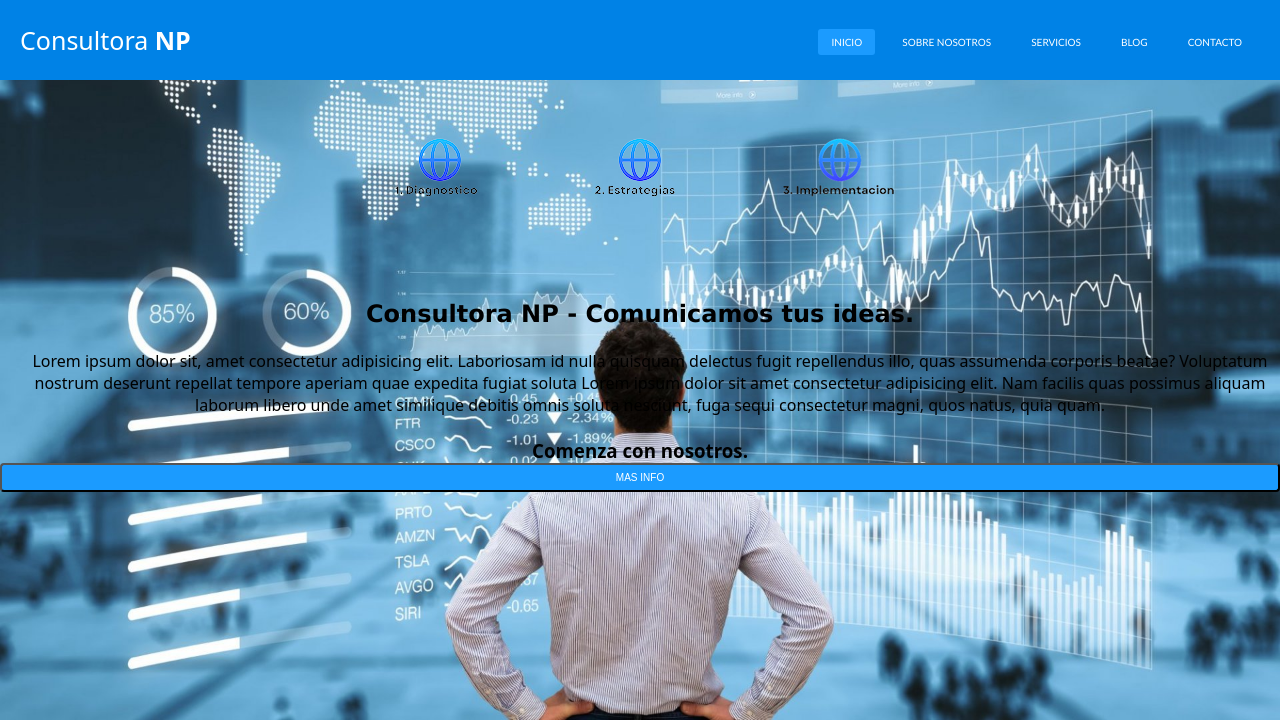
Repository: Batu120/pre-entrega2
Page: index.html
The author's editor kept a copy of each file at every save. The page is drawn from the files as they stood at one save, then again after the next save.
The browser window is 1280 px wide. The pictures show the whole page.

Above is the page before, as saved 2022-10-31 18:08:09.

### index.html
<!DOCTYPE html>
<html lang="en" dir="ltr">
<head>
    <meta charset="UTF-8">
    <meta http-equiv="X-UA-Compatible" content="IE=edge">
    <meta name="viewport" content="width=device-width, initial-scale=1.0">
    <title>2da Pre Entrega</title>
    <link rel="stylesheet" href="https://cdnjs.cloudflare.com/ajax/libs/font-awesome/4.7.0/css/font-awesome.min.css">
    <!-- CSS -->
    <link rel="stylesheet" href="CSS/style.css">

</head>
<body>
    <nav>
        <input type="checkbox" id="check">
        <label for="check" class="checkbtn">
            <i style="font-size:24px" class="fa">&#xf0c9;</i>
        </label>
        <label class="logo">Consultora <label class="logo1">NP</label></label>
            <!-- Lista no ordenada -->
            <ul>
                <!-- Items / Menu -->
                <li><a class="active" href="index.html">Inicio</a></li>
                <li><a href="HTML/SobreNosotros.html">Sobre Nosotros</a></li>
                <li><a href="HTML/Servicios.html">Servicios</a></li>
                <li><a href="HTML/Blog.html">Blog</a></li>
                <li><a href="HTML/Contacto.html">Contacto</a></li>
            </ul>
    </nav>

    <section>
        <div class="grid-container">
            <img src="/IMG/1.Diagnostico.png" alt="diagnostico">
            <img src="/IMG/2.Estrategia.png" alt="estrategia">
            <img src="/IMG/3.Implementacion.png" alt="implementacion">
        </div>
        <div class="container-div">
            <!-- titulo h1 -->
            <h1>Consultora NP - Comunicamos tus ideas.</h1>
            <br>
            <!-- Parrafo -->
            <p>Lorem ipsum dolor sit, amet consectetur adipisicing elit. Laboriosam id nulla quisquam delectus fugit repellendus illo, quas assumenda corporis beatae? Voluptatum nostrum deserunt repellat tempore aperiam quae expedita fugiat soluta Lorem ipsum dolor sit amet consectetur adipisicing elit. Nam facilis quas possimus aliquam laborum libero unde amet similique debitis omnis soluta nesciunt, fuga sequi consectetur magni, quos natus, quia quam.</p>
            <br>
            <div><h3>Comenza con nosotros.</h3></div>
            <button class="info">Mas info</button>
        </div>
    </section>


</body>
</html>

### CSS/style.css
body {
    background: url(/IMG/background_body.jpeg) no-repeat;
        background-size: cover;
    font-family:'Gill Sans', 'Gill Sans MT', Calibri, 'Trebuchet MS', sans-serif;
}

/* NAV BAR - LINKS- RESPONSIVE */
* {
    padding: 0;
    margin: 0;
    text-decoration: none;
    list-style: none;
    box-sizing: border-box;
}
nav {
    background: #0082e6;
    height: 80px;
    width: 100%;
}
/*  */
.logo{
    color: white;
    font-size: 25px;
    line-height: 80px;
    padding: 20px;
    font-weight:lighter;
    font-family:system-ui, -apple-system, BlinkMacSystemFont, 'Segoe UI', Roboto, Oxygen, Ubuntu, Cantarell, 'Open Sans', 'Helvetica Neue', sans-serif;
}
.logo1{
    color: white;
    font-weight: bold;
}
nav ul{
    float: right;
    margin-right: 20px;
    padding-top: 0%;
}
nav ul li{
    display: inline-block;
    line-height: 80px;
    margin: 0 5px;
}
nav ul li a{
    color: white;
    font-size: 10px;
    padding: 7px 13px;
    border-radius: 3px;
    text-transform: uppercase;
}
a.active,a:hover{
    background: #1b9bff;
    transition: .5s;
}
.checkbtn{
    font-size: 30px;
    color: white;
    float: right;
    line-height: 80px;
    margin-right: 30px;
    cursor: pointer;
    display: none;
}
#check{
    display: none;
}
/* PREUBA RESPONSIVE TEST */
@media (max-width: 853px){
    label.logo {
        font-size: 25px;
        padding-left: 50px;
    }
    nav ul li a{
        font-size: 18px;
    }
}
@media (max-width: 853px){
    .checkbtn{
        display: block;
    }
    ul{
        position: fixed;
        width: 100%;
        height: 100vh;
        background: #2c3e50;
        top: 80px;
        left: -100%;
        text-align: center;
        transition: all .5s;
    }
    nav ul li{
        display: block;
        margin: 50px 0;
        line-height: 30px;
    }
    nav ul li a {
        font-size: 20px;
    }
        a:hover,a.active{
        background:none;
        color: #0082e6;
        }
        #check:checked ~ ul{
        left: 0;
        }
    }
    /* SECTION WALLPAPER CAMBIADO */
    /* section{
        background: url(/IMG/consultoria_img.jpeg) no-repeat;
        background-size: cover;
        height: calc(100vh - 80px);
    } */

    /* IMG PICTURES page front */
    .grid-container {
        display: grid;
        grid-template-columns: auto auto auto;
        justify-content: center;
        margin: 10px;
    }
    .container-div{
        display: flex;
        flex-direction: column;
        text-align: center;
        font-family: system-ui, -apple-system, BlinkMacSystemFont, 'Segoe UI', Roboto, Oxygen, Ubuntu, Cantarell, 'Open Sans', 'Helvetica Neue', sans-serif;
    }
    h1{
        font-weight: bolder;
        font-family: Verdana, Geneva, Tahoma, sans-serif;
        display: inline-block;
    }
    p{
        padding-left: 20px;
    }
  /*   *, ::after, ::before {
        margin: 0;
        padding: 0;
        box-sizing: border-box;
    } */

    /* Button info */
    .info {
        color: white;
        background-color: #1b9bff;
        font-size: 10px;
        padding: 7px 13px;
        border-radius: 4px;
        text-transform: uppercase;
    }

After the next save:
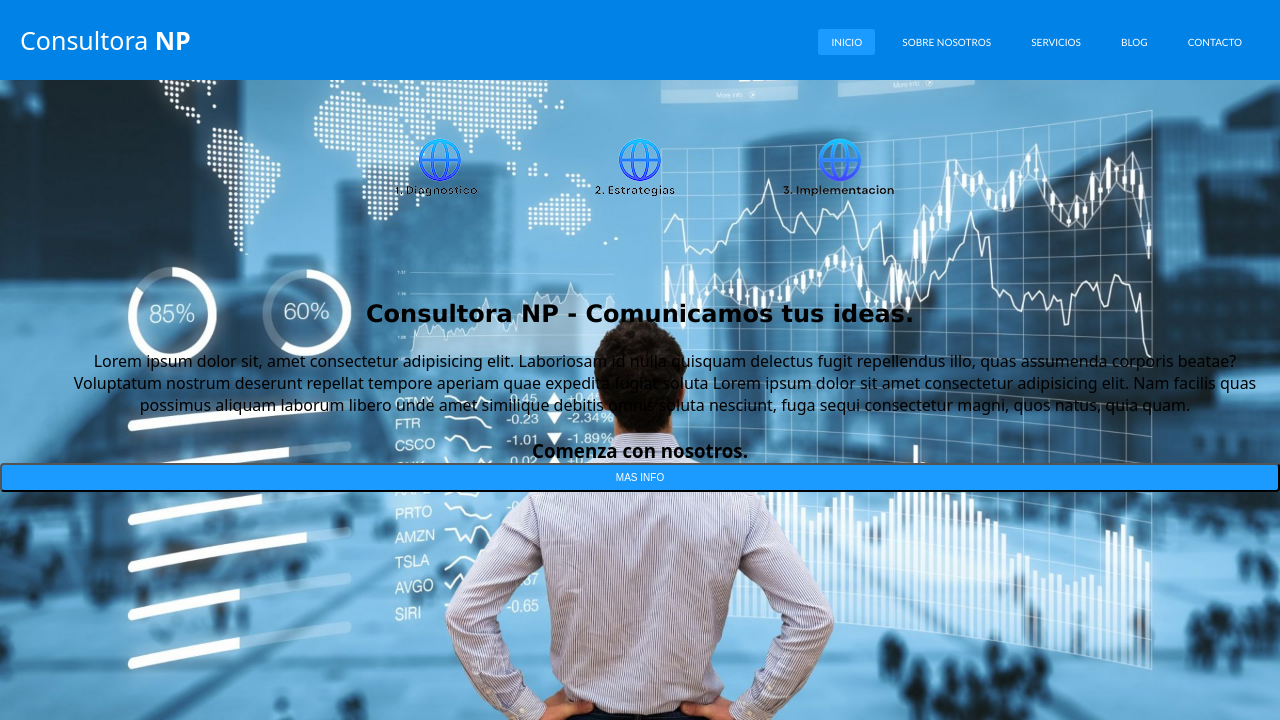
Saved 9 s later.
--- a/CSS/style.css
+++ b/CSS/style.css
@@ -129,7 +129,7 @@ a.active,a:hover{
         display: inline-block;
     }
     p{
-        padding-left: 20px;
+        padding-left: 50px;
     }
   /*   *, ::after, ::before {
         margin: 0;
